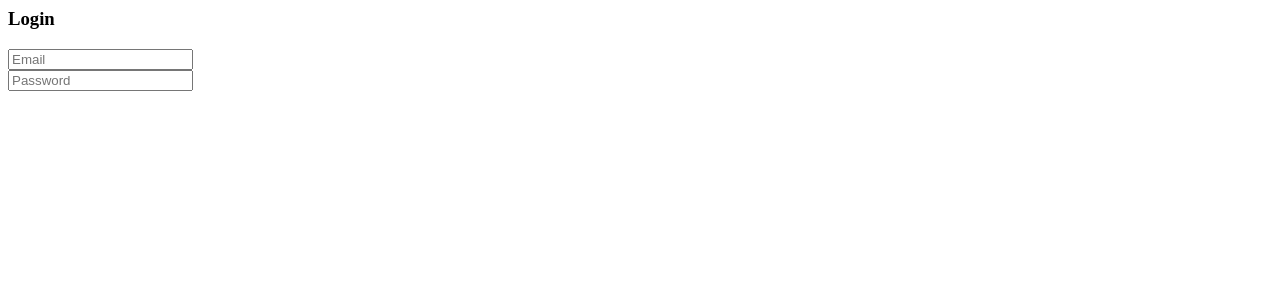
Repository: anamariagr/hello-blog
Page: hello_blog_angular/app/views/login.html
These files come from the project's save history. The page is drawn as it stood at one moment and after the next save; the edit follows.
The browser window is 1280 px wide. The pictures show the whole page.

Above is the page before, as saved 2021-12-16 14:28:39.

After the next save:
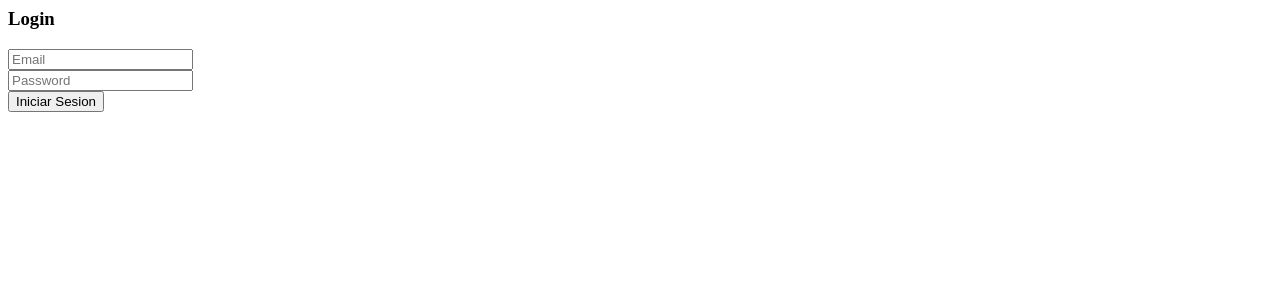
Saved 40 s later.
--- a/hello_blog_angular/app/views/login.html
+++ b/hello_blog_angular/app/views/login.html
@@ -10,6 +10,7 @@
                 <div class="from-group">
                   <input type="password" class="from-control" placeholder="Password" ng-model="login.loginForm.password">
                 </div>
+                <button>Iniciar Sesion</button>
             </form>
         </div>
     </div>
